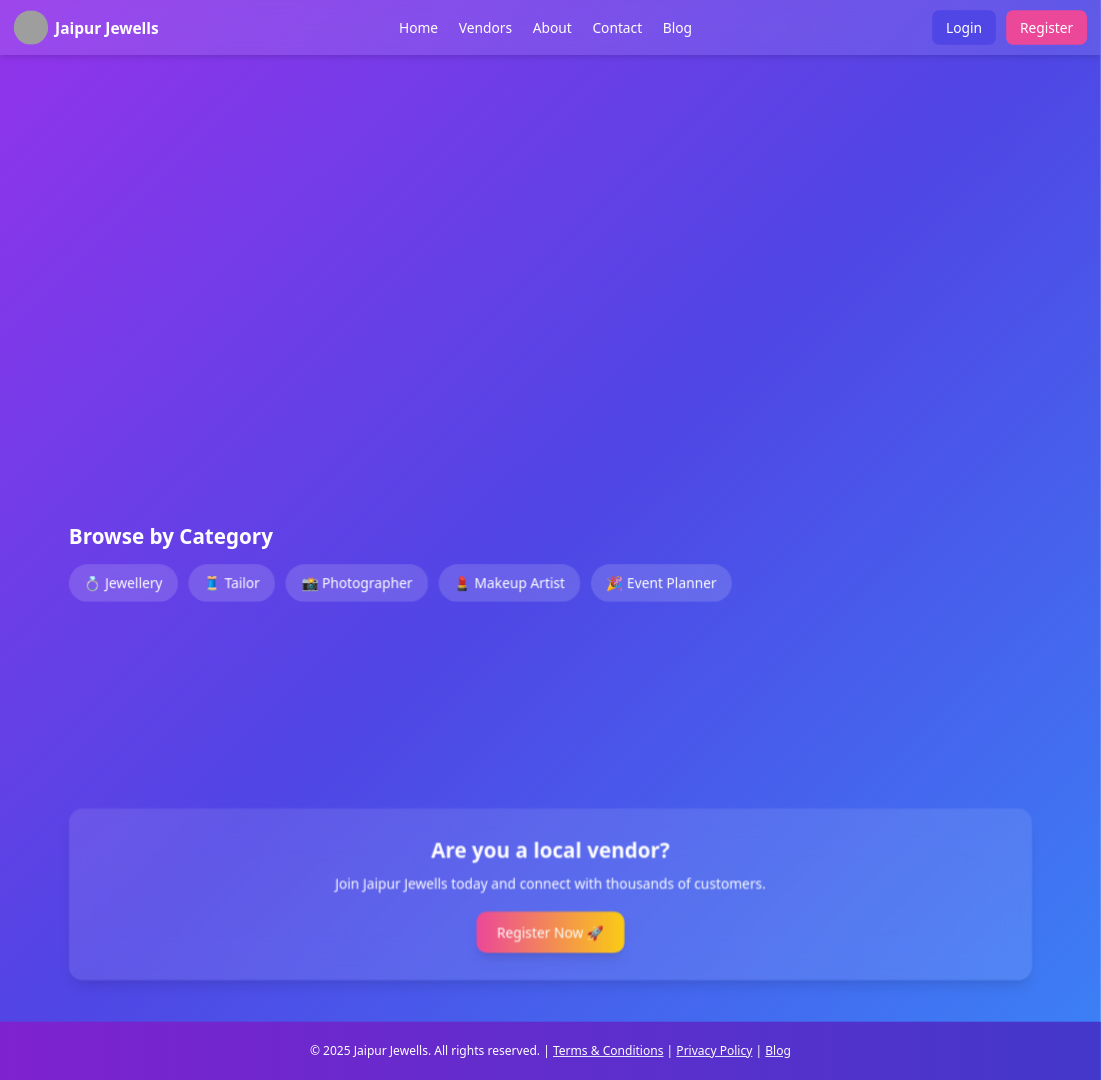
Repository: aayushtailor/VendorConnect
Page: index.html
An editor plug-in stored every save of this project. The page is shown before and after a run of saves, followed by the edit.
The browser window is 1280 px wide. The pictures show the whole page, at 86% of full size.
Pictures or frames that could not be fetched are drawn as grey boxes. Some web libraries are served in a nearby version.

Above is the page before, as saved 2025-09-20 12:44:28.

### index.html
<!doctype html>
<html lang="en">
<head>
  <meta charset="utf-8" />
  <meta name="viewport" content="width=device-width, initial-scale=1" />
  <title>Jaipur Jewells — Trendy Vendor Directory</title>
  <script src="https://cdn.tailwindcss.com"></script>
  <link href="https://unpkg.com/aos@2.3.1/dist/aos.css" rel="stylesheet">
  <script src="https://unpkg.com/aos@2.3.1/dist/aos.js"></script>
  <link rel="stylesheet" href="styles.css">
  <link href="https://unpkg.com/aos@2.3.1/dist/aos.css" rel="stylesheet">
<script src="https://unpkg.com/aos@2.3.1/dist/aos.js"></script>

</head>
<body class="bg-gradient-to-br from-purple-600 via-indigo-600 to-blue-500 text-white">

 <!-- Navbar -->
<!-- Navbar -->
<nav class="fixed top-0 left-0 w-full z-50 bg-white/10 backdrop-blur-md shadow-md">
  <div class="max-w-7xl mx-auto px-4 py-3 flex justify-between items-center">
    <!-- Logo -->
    <div class="flex items-center gap-2">
      <img src="logo.png" alt="Logo" class="w-10 h-10 rounded-full">
      <span class="font-bold text-lg text-white">Jaipur Jewells</span>
    </div>

    <!-- Desktop Links -->
    <div class="hidden md:flex items-center gap-6 text-white font-medium">
      <a href="index.html" class="hover:text-pink-300">Home</a>
      <a href="vendor.html" class="hover:text-pink-300">Vendors</a>
      <a href="about.html" class="hover:text-pink-300">About</a>
      <a href="contact.html" class="hover:text-pink-300">Contact</a>
      <a href="blog.html" class="hover:text-pink-300">Blog</a>
    </div>

    <!-- CTA -->
    <div class="flex items-center gap-3">
      <a href="login.html" class="hidden md:block px-4 py-2 bg-indigo-600 text-white rounded-lg hover:bg-indigo-700">Login</a>
      <a href="register.html" class="hidden md:block px-4 py-2 bg-pink-500 text-white rounded-lg hover:bg-pink-600">Register</a>
      <!-- Hamburger for Mobile -->
      <button id="menuBtn" class="md:hidden flex flex-col gap-1">
        <span class="w-6 h-0.5 bg-white"></span>
        <span class="w-6 h-0.5 bg-white"></span>
        <span class="w-6 h-0.5 bg-white"></span>
      </button>
    </div>
  </div>
</nav>

<!-- Mobile Menu -->
<div id="mobileMenu" class="fixed inset-0 bg-black/70 backdrop-blur-md z-40 hidden">
  <div class="absolute top-0 right-0 w-64 h-full bg-white/90 text-gray-900 shadow-lg p-6 flex flex-col">
    <button id="closeMenu" class="self-end mb-6 text-2xl font-bold text-gray-700">&times;</button>
    <a href="index.html" class="mb-4 text-lg font-semibold hover:text-pink-500">Home</a>
    <a href="index.html#vendorsGrid" class="mb-4 text-lg font-semibold hover:text-pink-500">Vendors</a>
    <a href="about.html" class="mb-4 text-lg font-semibold hover:text-pink-500">About</a>
    <a href="contact.html" class="mb-4 text-lg font-semibold hover:text-pink-500">Contact</a>
    <a href="blog.html" class="mb-6 text-lg font-semibold hover:text-pink-500">Blog</a>
    <a href="login.html" class="mb-3 px-4 py-2 bg-indigo-600 text-white rounded-lg text-center hover:bg-indigo-700">Login</a>
    <a href="register.html" class="px-4 py-2 bg-pink-500 text-white rounded-lg text-center hover:bg-pink-600">Register</a>
  </div>
</div>


<!-- Mobile Menu -->
<div id="mobileMenu" class="fixed inset-0 bg-black/70 backdrop-blur-md z-40 hidden">
  <div class="absolute top-0 right-0 w-64 h-full bg-white/90 text-gray-900 shadow-lg p-6 flex flex-col">
    <button id="closeMenu" class="self-end mb-6 text-2xl font-bold text-gray-700">&times;</button>
    <a href="index.html" class="mb-4 text-lg font-semibold hover:text-pink-500">Home</a>
    <a href="#vendorsGrid" class="mb-4 text-lg font-semibold hover:text-pink-500">Vendors</a>
    <a href="about.html" class="mb-4 text-lg font-semibold hover:text-pink-500">About</a>
    <a href="contact.html" class="mb-6 text-lg font-semibold hover:text-pink-500">Contact</a>
    <a href="login.html" class="mb-3 px-4 py-2 bg-indigo-600 text-white rounded-lg text-center hover:bg-indigo-700">Login</a>
    <a href="register.html" class="px-4 py-2 bg-pink-500 text-white rounded-lg text-center hover:bg-pink-600">Register</a>
  </div>
</div>


  <!-- Hero Section -->
  <section class="relative h-[80vh] flex flex-col justify-center items-center text-center px-4">
    <h1 data-aos="fade-up" class="text-4xl md:text-6xl font-extrabold mb-4 drop-shadow-lg">
      Discover Jaipur’s Best Local Vendors ✨
    </h1>
    <p data-aos="fade-up" data-aos-delay="200" class="text-lg md:text-xl mb-6">
      Find trusted businesses for jewellery, fashion, weddings, and more.
    </p>
    <div data-aos="fade-up" data-aos-delay="400" class="flex w-full max-w-2xl bg-white/20 backdrop-blur-lg rounded-xl p-2">
      <input id="searchInput" placeholder="Search vendors..." class="flex-1 bg-transparent px-4 py-3 text-white placeholder-gray-300 focus:outline-none" />
      <button id="searchBtn" class="px-6 py-3 bg-pink-500 hover:bg-pink-600 rounded-lg text-white font-semibold">
        Search
      </button>
    </div>
  </section>

  <!-- Categories -->
  <section class="max-w-6xl mx-auto px-4 py-8">
    <h2 class="text-2xl font-bold mb-4">Browse by Category</h2>
    <div class="flex gap-3 overflow-x-auto pb-2">
      <div class="category-chip">💍 Jewellery</div>
      <div class="category-chip">🧵 Tailor</div>
      <div class="category-chip">📸 Photographer</div>
      <div class="category-chip">💄 Makeup Artist</div>
      <div class="category-chip">🎉 Event Planner</div>
    </div>
  </section>

  <!-- Vendors Section -->
<section class="max-w-6xl mx-auto px-4 py-12">
  <h2 data-aos="fade-up" class="text-2xl font-bold mb-6">Featured Vendors</h2>
  <div id="vendorsGrid" class="grid md:grid-cols-3 gap-6"></div>
  <p id="noResults" class="text-center text-gray-200 mt-6 hidden">No vendors found</p>
</section>


  <!-- CTA Banner -->
  <section class="max-w-6xl mx-auto px-4 py-12 text-center">
    <div class="bg-white/10 backdrop-blur-xl rounded-2xl p-8 shadow-lg">
      <h3 class="text-2xl font-bold mb-3">Are you a local vendor?</h3>
      <p class="mb-5">Join Jaipur Jewells today and connect with thousands of customers.</p>
      <a href="register.html" class="px-6 py-3 bg-gradient-to-r from-pink-500 to-yellow-400 text-white rounded-xl shadow-lg hover:scale-105 transition inline-block">
        Register Now 🚀
      </a>
    </div>
  </section>

 <!-- Footer -->
<footer class="bg-gradient-to-r from-purple-700 to-indigo-700 text-center py-6">
  <p class="text-sm">
    &copy; 2025 Jaipur Jewells. All rights reserved. |
    <a href="terms.html" class="underline hover:text-yellow-300">Terms & Conditions</a> |
    <a href="privacy.html" class="underline hover:text-yellow-300">Privacy Policy</a> |
    <a href="blog.html" class="underline hover:text-yellow-300">Blog</a>
  </p>
</footer>




</body>
</html>

### styles.css
.category-chip {
  background: rgba(255,255,255,0.15);
  backdrop-filter: blur(10px);
  padding: 10px 18px;
  border-radius: 9999px;
  font-weight: 500;
  white-space: nowrap;
  transition: 0.2s;
}
.category-chip:hover {
  background: rgba(255,255,255,0.25);
  cursor: pointer;
}

### app.js
// Dummy Vendors (later connect to Flask API)
const dummyVendors = [
  { id: 1, name: "Aayush Tailor", business_name: "Elegant Stitches", category: "Tailor", city: "Jaipur", description: "Custom clothing and modern designs.", phone: "9998887777" },
  { id: 2, name: "Rohan Jewels", business_name: "Rohan Goldsmith", category: "Jewellery", city: "Jaipur", description: "Traditional and modern gold jewellery.", whatsapp: "9995554444" }
];

// Create vendor card
return `
  <div data-aos="fade-up" data-aos-delay="${v.id * 100}"
       class="bg-white/30 backdrop-blur-md rounded-2xl shadow-lg hover:shadow-xl transform hover:scale-[1.02] transition duration-300">
    ...
  </div>
`;

function makeCard(v){
  const name = v.business_name ? v.business_name : (v.name || "Unnamed Vendor");
  const category = v.category || "Uncategorized";
  const city = v.city || "Jaipur";
  const desc = v.description ? v.description.slice(0, 90) : "No description available";

  return `
    <div data-aos="fade-up"
         class="bg-white/30 backdrop-blur-md rounded-2xl overflow-hidden shadow-lg hover:shadow-xl transform hover:scale-[1.02] transition duration-300">
      <img src="placeholder.jpg" class="w-full h-48 object-cover" alt="${name}" />
      <div class="p-5 text-gray-900">
        <h3 class="text-lg font-bold text-gray-800">${name}</h3>
        <p class="text-sm text-gray-600 mb-2">${category} • ${city}</p>
        <p class="text-sm text-gray-700 mb-3">${desc}...</p>
        <div class="flex justify-between items-center">
          <a href="vendor.html?id=${v.id}"
             class="text-sm font-semibold text-indigo-600 hover:text-indigo-800">
             View Profile →
          </a>
          <div class="flex gap-2">
            ${v.phone ? `<a href="tel:${v.phone}" class="text-xs px-3 py-1 bg-indigo-600 text-white rounded-full hover:bg-indigo-700 transition">Call</a>` : ''}
            ${v.whatsapp ? `<a href="https://wa.me/${v.whatsapp}" target="_blank" class="text-xs px-3 py-1 bg-green-600 text-white rounded-full hover:bg-green-700 transition">WhatsApp</a>` : ''}
          </div>
        </div>
      </div>
    </div>
  `;
}

// Render vendors
function render(){
  const grid = document.getElementById('vendorsGrid');
  const search = document.getElementById('searchInput').value.toLowerCase();
  const filtered = dummyVendors.filter(v=>{
    const text = `${v.business_name} ${v.name} ${v.category} ${v.city}`.toLowerCase();
    return (!search || text.includes(search));
  });

  grid.innerHTML = filtered.map(makeCard).join('');
  document.getElementById('noResults').classList.toggle('hidden', filtered.length>0);
  AOS.refresh();
}

// Events
document.addEventListener('DOMContentLoaded', ()=>{
  render();
  document.getElementById('searchBtn').onclick = render;
  document.getElementById('searchInput').onkeyup = (e)=>{ if(e.key==='Enter') render(); };

  document.getElementById('openRegister').onclick = ()=> alert("Registration form coming soon!");
});
// Navbar Mobile Menu
document.addEventListener("DOMContentLoaded", () => {
  const menuBtn = document.getElementById("menuBtn");
  const closeMenu = document.getElementById("closeMenu");
  const mobileMenu = document.getElementById("mobileMenu");

  if(menuBtn && closeMenu && mobileMenu){
    menuBtn.addEventListener("click", () => {
      mobileMenu.classList.remove("hidden");
    });
    closeMenu.addEventListener("click", () => {
      mobileMenu.classList.add("hidden");
    });
  }

  // Mobile Register button
  const mobileRegister = document.getElementById("mobileRegister");
  if(mobileRegister){
    mobileRegister.addEventListener("click", () => {
      alert("Registration form coming soon!");
      mobileMenu.classList.add("hidden");
    });
  }
});

After the next 2 saves:
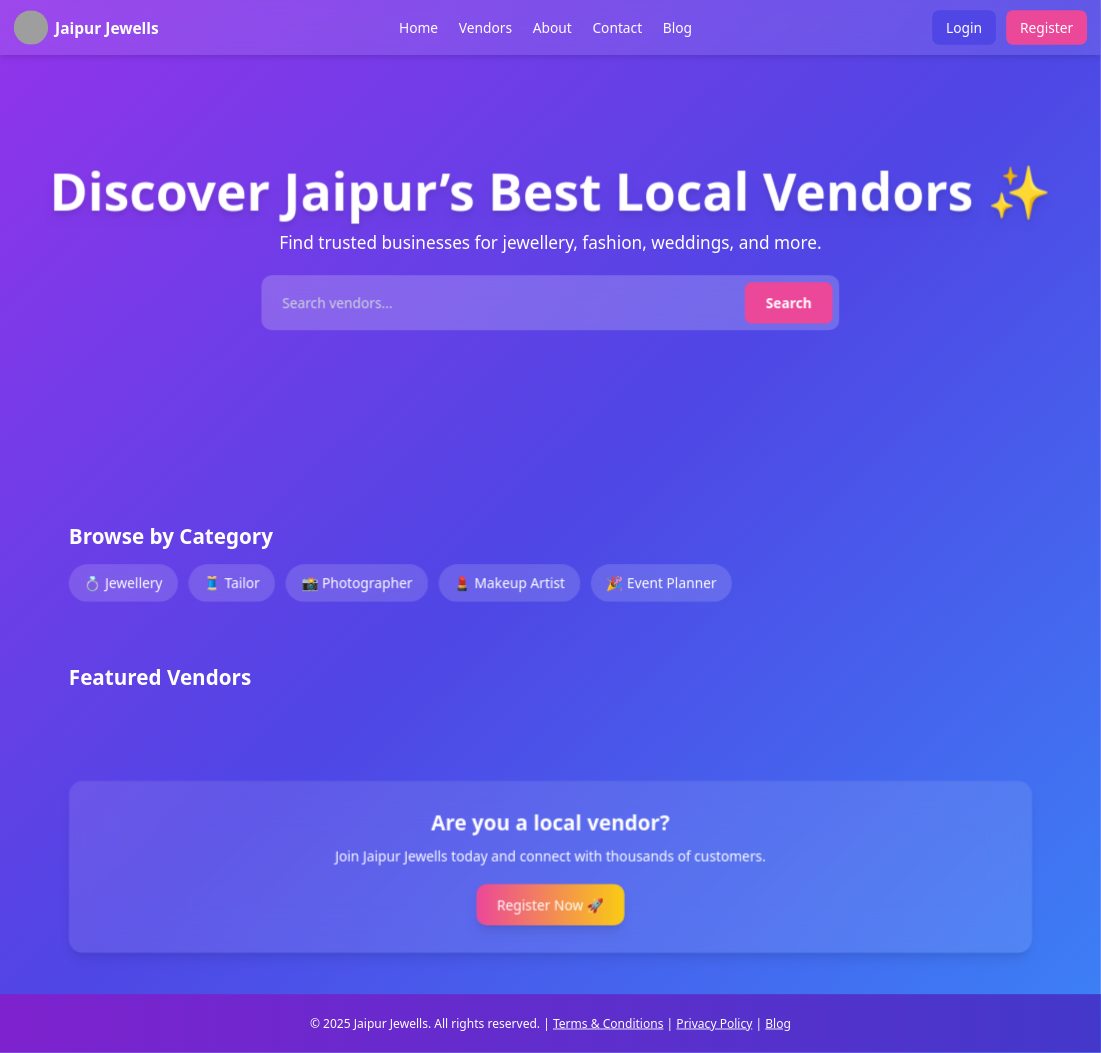
Console error: SyntaxError: Illegal return statement
The 2 saves are shown as one change because they came seconds apart.
The last was saved 8 s later.
--- a/index.html
+++ b/index.html
@@ -8,8 +8,6 @@
   <link href="https://unpkg.com/aos@2.3.1/dist/aos.css" rel="stylesheet">
   <script src="https://unpkg.com/aos@2.3.1/dist/aos.js"></script>
   <link rel="stylesheet" href="styles.css">
-  <link href="https://unpkg.com/aos@2.3.1/dist/aos.css" rel="stylesheet">
-<script src="https://unpkg.com/aos@2.3.1/dist/aos.js"></script>
 
 </head>
 <body class="bg-gradient-to-br from-purple-600 via-indigo-600 to-blue-500 text-white">
@@ -105,12 +103,11 @@
   </section>
 
   <!-- Vendors Section -->
-<section class="max-w-6xl mx-auto px-4 py-12">
-  <h2 data-aos="fade-up" class="text-2xl font-bold mb-6">Featured Vendors</h2>
-  <div id="vendorsGrid" class="grid md:grid-cols-3 gap-6"></div>
-  <p id="noResults" class="text-center text-gray-200 mt-6 hidden">No vendors found</p>
-</section>
-
+  <section class="max-w-6xl mx-auto px-4 py-8">
+    <h2 class="text-2xl font-bold mb-6">Featured Vendors</h2>
+    <div id="vendorsGrid" class="grid grid-cols-1 sm:grid-cols-2 lg:grid-cols-3 gap-6"></div>
+    <p id="noResults" class="text-center text-gray-200 mt-8 hidden">No vendors found.</p>
+  </section>
 
   <!-- CTA Banner -->
   <section class="max-w-6xl mx-auto px-4 py-12 text-center">
@@ -135,6 +132,8 @@
 
 
 
-
+  <!-- JS -->
+  <script src="app.js"></script>
+  <script>AOS.init({ duration: 800, once: true });</script>
 </body>
 </html>
